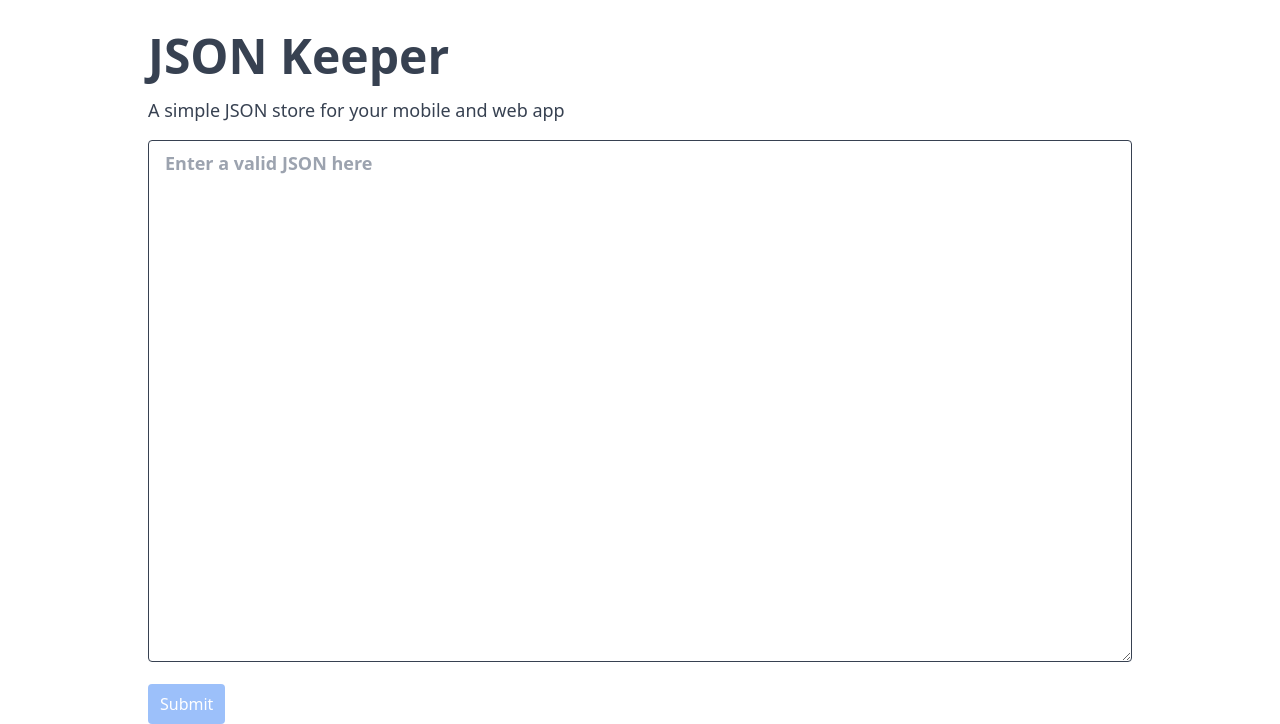
Repository: lakshithapramodya/jsonhub
Page: / (app in client/)
These files come from the project's save history. The page is drawn as it stood at one moment and after the next save; the edit follows.
The browser window is 1280 px wide. The pictures show the whole page.
The page's requests for data from a server got no answer. The project was rebuilt for these pictures with package versions that can differ from the ones it lists, and the page was loaded fresh each time. No one was signed in, and anything a server would have sent is missing. Also part of the build but not shown: client/src/HandleJsonData.js.

Above is the page before, as saved 2023-05-10 12:31:59.

### client/src/index.js
import React from "react";
import ReactDOM from "react-dom/client";
import "./index.css";
import App from "./App";
import { BrowserRouter, Route, Routes } from "react-router-dom";
import HandleJsonData from "./HandleJsonData";

const root = ReactDOM.createRoot(document.getElementById("root"));
root.render(
  <React.StrictMode>
    <BrowserRouter>
      <Routes>
        <Route path="/" element={<App />} />
        <Route path=":url" element={<HandleJsonData />} />
      </Routes>
    </BrowserRouter>
  </React.StrictMode>
);

### client/src/App.js
import { useState } from "react";
import { SERVER_ENDPOINT } from "./config/Default";
import axios from "axios";

function App() {
  const [input, setInput] = useState([]);
  const [url, setUrl] = useState("");

  const sendRequest = async () => {
    const res = await axios
      .post(`${SERVER_ENDPOINT}/api/json`, {
        text: input,
      })
      .then()
      .catch((err) => console.log(err));
    const data = res.data;
    return data;
  };

  const handleSubmit = (e) => {
    e.preventDefault();
    sendRequest().then((res) => {
      console.log(res.url);
      res && setInput([]);
      setUrl(res.url);
    });
  };

  function isJsonString(str) {
    try {
      JSON.parse(str);
    } catch (e) {
      return false;
    }
    return true;
  }

  return (
    <div className="min-w-full min-h-screen flex flex-col">
      {url && (
        <a href={`${SERVER_ENDPOINT}/${url}`}>{`${SERVER_ENDPOINT}/${url}`}</a>
      )}
      <div className="flex flex-col mx-auto mt-8 w-full sm:w-[80%] md: items-center justify-center">
        <form onSubmit={handleSubmit} className="w-full space-y-4 px-5">
          <h1 className="text-5xl font-semibold text-gray-700">JSON Keeper</h1>
          <p className="text-gray-700 text-lg">
            A simple JSON store for your mobile and web app
          </p>
          <textarea
            placeholder="Enter a valid JSON here"
            onChange={(e) => setInput(e.target.value)}
            value={input}
            rows={18}
            className={`border border-gray-700 w-full rounded p-2 px-4 text-lg font-semibold focus:outline-none`}
          />
          <button
            className="bg-blue-500 p-2 px-3 rounded text-white disabled:opacity-50"
            disabled={!isJsonString(input)}
            type="submit"
          >
            Submit
          </button>
        </form>
      </div>
    </div>
  );
}

export default App;

### client/src/config/Default.js
export const SERVER_ENDPOINT =
  process.env.REACT_APP_SERVER_ENDPOINT || "http://localhost:5000";

Loaded but not shown: client/public/index.html (common file); client/src/index.css (common file); client/tailwind.config.js (common file)

After the next save:
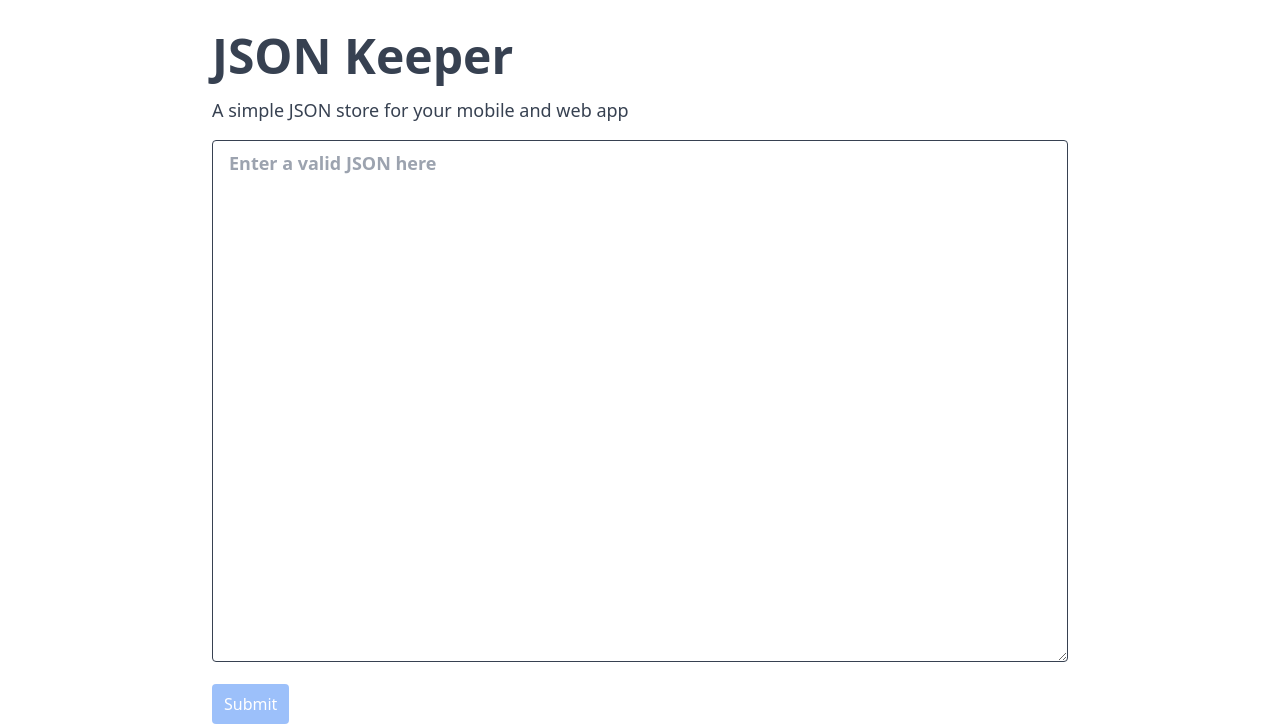
Saved 26 s later.
--- a/client/src/App.js
+++ b/client/src/App.js
@@ -40,7 +40,7 @@ function App() {
       {url && (
         <a href={`${SERVER_ENDPOINT}/${url}`}>{`${SERVER_ENDPOINT}/${url}`}</a>
       )}
-      <div className="flex flex-col mx-auto mt-8 w-full sm:w-[80%] md: items-center justify-center">
+      <div className="flex flex-col mx-auto mt-8 w-full sm:w-[80%] md:w-[70%] items-center justify-center">
         <form onSubmit={handleSubmit} className="w-full space-y-4 px-5">
           <h1 className="text-5xl font-semibold text-gray-700">JSON Keeper</h1>
           <p className="text-gray-700 text-lg">
